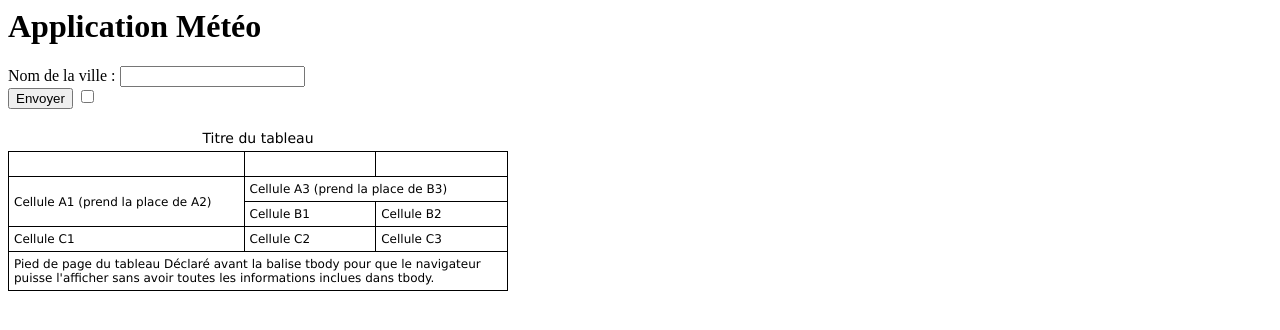
Repository: IFATech-Metz/dev-log-4
Page: projet.html
An editor plug-in stored every save of this project. The page is shown before and after the next save, followed by the edit.
The browser window is 1280 px wide. The pictures show the whole page.
The page's requests for data from a server got no answer.

Above is the page before, as saved 2019-01-21 20:15:16.

### projet.html
<html>
    <head>
        <title>Météo du jour</title>
        <script src="meteo.js"></script>
        <link rel="stylesheet" type="text/css" href="style.css">
    </head>
    <body onload="init_page()">
        <h1>Application M&eacute;t&eacute;o</h1>
        <p>
            Nom de la ville :
            <input type="text" id="ville" value=""><br>

            <button type="button" onclick="get_temperature()">Envoyer</button>
            <input type="checkbox" id="url_visibility">

        </p>

       <div id="url">
       </div>

        <div id="meteo">
        </div>
        <table rules="all" cellpadding="5px" style="width:500px; border:solid 1px black; font-family:verdana; font-size:12px;">
            <caption style="margin:5px; font-size:14px;">Titre du tableau</caption>
            <thead>
               <tr style="color:white;">
                  <th  id="url"></th>
                  <th>Titre 2</th>
                  <th>Titre 3</th>
               </tr>
            </thead>
            <tfoot>
               <tr>
                  <td colspan="3">
                  Pied de page du tableau
                  Déclaré avant la balise tbody pour que le navigateur puisse l'afficher
                  sans avoir toutes les informations inclues dans tbody.
                  </td>
               </tr>
            </tfoot>
            <tbody>
               <tr>
                  <td rowspan="2">Cellule A1 (prend la place de A2)</td>
                  <td colspan="2">Cellule A3 (prend la place de B3)</td>
               </tr>
               <tr>
                  <td>Cellule B1</td>
                  <td>Cellule B2</td>
               </tr>
               <tr>
                  <td>Cellule C1</td>
                  <td>Cellule C2</td>
                  <td>Cellule C3</td>
               </tr>
            </tbody>
         </table>








        <div id="latitude">
        </div>
        <div id="longitude">
        </div>
        <div id="humidity">
        </div>
        <div id="sun_rise">
        </div>
        <div id="sun_set">
        </div>
        <div id="weather_value">
        </div>
        <div id="pressure">
        </div>
        <div id="temp_min">
        </div>
        <div id="temp_max">
        </div>
        <div id="speed">
        </div>
        <div id="direction">
        </div>
        <div id="clouds">
        </div>

        <img id="icon" src="">
    </body>
</html>

### meteo.js
var xhr = new XMLHttpRequest();

// Forme générale du lien :
// http://maps.openweathermap.org/maps/2.0/weather/TA2/{z}/{x}/{y}?
// date=1527811200&opacity=0.9&fill_bound=true&appid={api_key}

var base_url = "http://api.openweathermap.org/data/2.5/weather";
var city = "Metz";
var units = "metric";
var appid = "f5e810531af1756846022c6f387acf25";

function get_url() {
    return base_url + "?"
        + "q=" + city + "&"
        + "units=" + units + "&"
        + "appid=" + appid;

}

function init_page() {
    xhr.onreadystatechange = function() {
        if (this.readyState == 4 && this.status == 200) {

            document.getElementById("url").innerHTML = get_url();
//Temperature
            var response = JSON.parse(this.responseText);
            var temperature = response.main.temp;
//Latitude et longitude
            var latitude = response.coord.lat;
            var longitude = response.coord.lon;
//Humidité
           var humidity = response.main.humidity;
//levé et couché de soleil
            // Create a new JavaScript Date object based on the timestamp
            // multiplied by 1000 so that the argument is in milliseconds, not seconds.
        var dateL = new Date(response.sys.sunrise*1000);
        // Hours part from the timestamp
        var hoursL = dateL.getHours();
        // Minutes part from the timestamp
        var minutesL = "0" + dateL.getMinutes();
        // Seconds part from the timestamp
        var secondsL = "0" + dateL.getSeconds();

        // Will display time in 10:30:23 format
        var formattedTimeL = hoursL + ':' + minutesL.substr(-2) + ':' + secondsL.substr(-2);
            var sun_rise = formattedTimeL;

        var dateC = new Date(response.sys.sunset*1000);
        // Hours part from the timestamp
        var hoursC = dateC.getHours();
        // Minutes part from the timestamp
        var minutesC = "0" + dateC.getMinutes();
        // Seconds part from the timestamp
        var secondsC = "0" + dateC.getSeconds();

        // Will display time in 10:30:23 format
        var formattedTimeC = hoursC + ':' + minutesC.substr(-2) + ':' + secondsC.substr(-2);
        var sun_set = formattedTimeC;
// condition météo
            var weather_value = response.weather[0].main
//pression
            var pressure = response.main.pressure;
//temp_min
            var temp_min = response.main.temp_min;
//temp_max
            var temp_max = response.main.temp_max;
//wind speed
            var speed = response.wind.speed;
//wind direction
            var direction = response.wind.deg;
//clouds
            var clouds = response.clouds.all;
//Icone
            var icon = response.weather[0].icon;
            var src = "http://openweathermap.org/img/w/" + icon + ".png";


            document.getElementById("meteo").innerHTML = temperature;
            document.getElementById("latitude").innerHTML = latitude;
            document.getElementById("longitude").innerHTML = longitude;
            document.getElementById("humidity").innerHTML = humidity;
            document.getElementById("sun_rise").innerHTML = sun_rise;
            document.getElementById("sun_set").innerHTML = sun_set;
            document.getElementById("weather_value").innerHTML = weather_value;
            document.getElementById("pressure").innerHTML = pressure;
            document.getElementById("temp_min").innerHTML = temp_min;
            document.getElementById("temp_max").innerHTML = temp_max;
            document.getElementById("speed").innerHTML = speed;
            document.getElementById("direction").innerHTML = direction;
            document.getElementById("clouds").innerHTML = clouds;
            document.getElementById("icon").src = src;
        }
    }

    xhr.open("GET", get_url(), true)
    xhr.send()
}
function get_temperature() {
    city = document.getElementById("ville").value;

    xhr.onreadystatechange = function() {
        if (this.readyState == 4 && this.status == 200) {
            //TODO
            document.getElementById("url").innerHTML = get_url();

            if(document.getElementById("url_visibility").checked){
                document.getElementById("url").style.display = "block";
            }
            else{
                document.getElementById("url").style.display = "none";
            }

            var response = JSON.parse(this.responseText);
            var temperature = response.main.temp;
            var latitude = response.coord.lat;
            var longitude = response.coord.lon;
            var humidity = response.main.humidity;
            var dateL = new Date(response.sys.sunrise*1000);
            // Hours part from the timestamp
            var hoursL = dateL.getHours();
            // Minutes part from the timestamp
            var minutesL = "0" + dateL.getMinutes();
            // Seconds part from the timestamp
            var secondsL = "0" + dateL.getSeconds();

            // Will display time in 10:30:23 format
            var formattedTimeL = hoursL + ':' + minutesL.substr(-2) + ':' + secondsL.substr(-2);
            var sun_rise = formattedTimeL;

           var dateC = new Date(response.sys.sunset*1000);
            // Hours part from the timestamp
            var hoursC = dateC.getHours();
            // Minutes part from the timestamp
            var minutesC = "0" + dateC.getMinutes();
            // Seconds part from the timestamp
            var secondsC = "0" + dateC.getSeconds();

            // Will display time in 10:30:23 format
            var formattedTimeC = hoursC + ':' + minutesC.substr(-2) + ':' + secondsC.substr(-2);
            var sun_set = formattedTimeC;

            var weather_value = response.weather[0].main;
            var pressure = response.main.pressure;
            var temp_min = response.main.temp_min;
            var temp_max = response.main.temp_max;
            var speed = response.wind.speed;
            var direction = response.wind.deg;
            var clouds = response.clouds.all;

            var icon = response.weather[0].icon;
            var src = "http://openweathermap.org/img/w/" + icon + ".png";

            document.getElementById("meteo").innerHTML = temperature;
            document.getElementById("latitude").innerHTML = latitude;
            document.getElementById("longitude").innerHTML = longitude;
            document.getElementById("humidity").innerHTML = humidity;
            document.getElementById("sun_rise").innerHTML = sun_rise;
            document.getElementById("sun_set").innerHTML = sun_set;
            document.getElementById("weather_value").innerHTML = weather_value;
            document.getElementById("pressure").innerHTML = pressure;
            document.getElementById("temp_min").innerHTML = temp_min;
            document.getElementById("temp_max").innerHTML = temp_max;
            document.getElementById("speed").innerHTML = speed;
            document.getElementById("direction").innerHTML = direction;
            document.getElementById("clouds").innerHTML = clouds;

            document.getElementById("icon").src = src;
        }
    }

    xhr.open("GET", get_url(), true)
    xhr.send()
}

### style.css
#url {
    color: red;
    display: none;
}
#meteo {
    background: rgb(16, 109, 163);
    color: white;
}
#latitude {
    background: rgb(163, 75, 16);
    color: white;
}
#longitude {
    background: rgb(16, 109, 163);
    color: white;
}
#humidity {
    background: rgb(16, 109, 163);
    color: white;
}
#sun_rise {
    background: rgb(222, 236, 28);
    color: white;
}

#sun_set {
    background: rgb(236, 37, 210);
    color: white;
}
#weather_value {
    background: rgb(25, 247, 18);
    color: white;
}
#pressure {
    background: blue;
    color: white;
}
#temp_min {
    background: blue;
    color: white;
}
#temp_max {
    background: red;
    color: white;
}
#speed {
    background:green;
    color: white;
}
#direction {
    background:green;
    color: white;
}
#clouds {
    background: greenyellow;
    color: white;
}

After the next save:
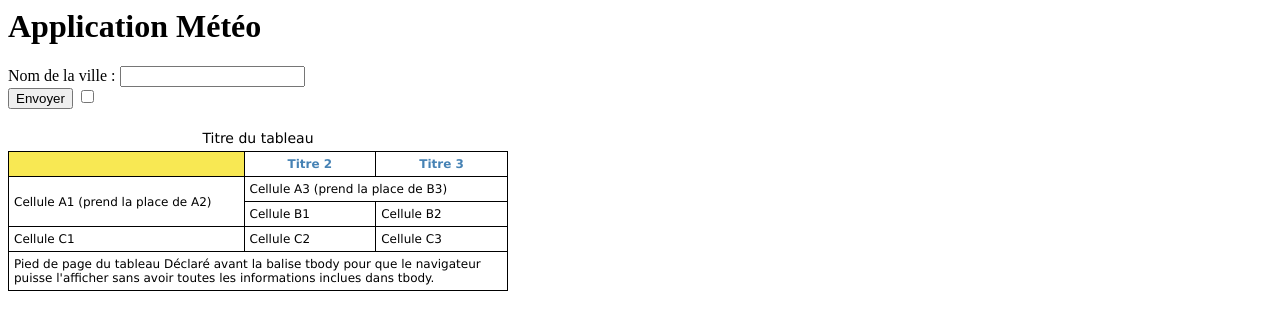
Saved 109 s later.
--- a/projet.html
+++ b/projet.html
@@ -23,8 +23,8 @@
         <table rules="all" cellpadding="5px" style="width:500px; border:solid 1px black; font-family:verdana; font-size:12px;">
             <caption style="margin:5px; font-size:14px;">Titre du tableau</caption>
             <thead>
-               <tr style="color:white;">
-                  <th  id="url"></th>
+               <tr style="color:steelblue;">
+                  <th  id="meteo"></th>
                   <th>Titre 2</th>
                   <th>Titre 3</th>
                </tr>
--- a/style.css
+++ b/style.css
@@ -3,7 +3,7 @@
     display: none;
 }
 #meteo {
-    background: rgb(16, 109, 163);
+    background: rgb(248, 232, 83);
     color: white;
 }
 #latitude {
